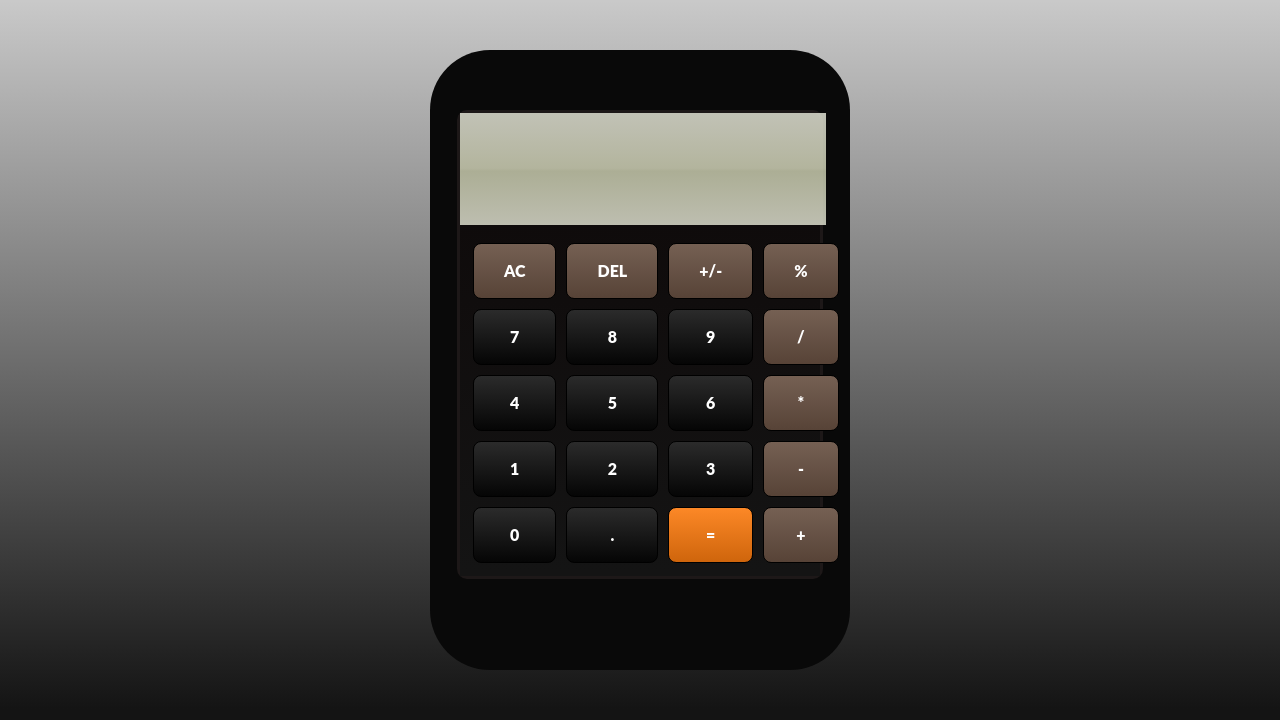
Repository: MhlengiNgubane/BrainnestJsTwo
Page: index.html
The author's editor kept a copy of each file at every save. The page is drawn from the files as they stood at one save, then again after the next save.
The browser window is 1280 px wide. The pictures show the whole page.

Above is the page before, as saved 2022-09-12 08:54:16.

### index.html
<!DOCTYPE html>
<html lang="en">
<head>
    <meta charset="UTF-8">
    <meta http-equiv="X-UA-Compatible" content="IE=edge">
    <meta name="viewport" content="width=device-width, initial-scale=1.0">
    <title>CALCULATOR</title>

    <link rel="stylesheet" href="style.css">
</head>
    <body>
        <div class="wrapper">
            <div class="container">
                <input type="text" class="input" value="" disabled />
                <div class="buttons">
                    <button value="AC" class="brown clear">AC</button>
                    <button value="DEL" class="brown delete">DEL</button>
                    <button value="+/-" class="brown plusMinus">+/-</button>
                    <button value="%" class="brown percent">%</button>

                    <button value="7" class="number">7</button>
                    <button value="8" class="number">8</button>
                    <button value="9" class="number">9</button>
                    <button value="/" class="brown operator">/</button>

                    <button value="4" class="number">4</button>
                    <button value="5" class="number">5</button>
                    <button value="6" class="number">6</button>
                    <button value="*" class="brown operator">*</button>

                    <button value="1" class="number">1</button>
                    <button value="2" class="number">2</button>
                    <button value="3" class="number">3</button>
                    <button value="-" class="brown operator">-</button>

                    <button value="0" class="zero number">0</button>
                    <button value="." class="decimal">.</button>
                    <button value="=" class="equal operator">=</button>
                    <button value="+" class="brown operator">+</button>
                </div>
            </div>
        </div>
        <script src="App.js"></script>
    </body>
</html>

### style.css
* {
    border: 0;
    margin: 0;
    padding: 0;
    font-family: 'lato';
    font-weight: 100;
}

body{
    font-family: 'Roboto';
    font-weight: 400;
    background: linear-gradient(360deg, #141414 1.56%, rgba(0, 0, 0, 0.21) 100%);
    width: 100%;
    height: 100vh;
    display: flex;
    flex-direction: column;
    align-items: center;
    justify-content: center;
}

.wrapper{
    width: 420px;
    height: 620px;
    background: #090909;
    border-radius: 60px;
}

.container{
    align-items: center;
    margin: auto;
    margin-top: 60px;
    width: 360px;
    border: 20px;
    border: 3px solid #1d1818;
    background-color: #130e0e;
    border-radius: 10px;
    margin-bottom: 60px;
}

.input{
    background: linear-gradient(360deg, #E8EAD8 0%, #D2D6B7 48.12%, #DBDEC1 50.76%, #EDEFE0 100%);
    width: 94%;
    min-height: 65px;
    padding: 0 14px;
    text-align:  end;
    font-size: 48px;
    line-height: 112px;
    display: flex;
    align-items: center;
    justify-content: end;
    color: #000000;
    opacity: 0.8;
    outline: none;
    border: none;
}

.buttons{
    display: grid;
    grid-template-columns: repeat(4, 1fr);
    row-gap: 10px;
    column-gap: 10px;
    background: linear-gradient(360deg, #141414 1.56%, rgba(0, 0, 0, 0.21) 100%);
    padding: 18px 13px 13px 13px;
}

button{
    background: linear-gradient(180deg, #2B2B2B 0%, #050505 100%);
    border: 1.04561px solid #000000;
    border-radius: 8.15575px;
    padding: 15px 30px;
    font-weight: 900;
    font-size: 16px;
    line-height: 24px;
    text-align: center;
    color: #FFFFFF;
}

.grey{
    background: linear-gradient(180deg, #7F878C 0%, #4C5154 100%);
}

.brown{
    background: linear-gradient(180deg, #756053 0%, #574337 100%);
}

.equal{
    background: linear-gradient(180deg, #FC8827 0%, #CF650C 100%);
}

@media(max-width: 430px){
    .wrapper{
        width: 100%;
        height: 100%;
        border-radius: 0;
    }

    .buttons{
        row-gap: 5px;
        column-gap: 5px;
        background: linear-gradient(360deg, #141414 1.56%, rgba(0, 0, 0, 0.21) 100%);
        padding: 18px 13px 13px 13px;
    }


}

### App.js
/* Add two numbers */
function add(firstNumber, secondNumber){
  return firstNumber + secondNumber;
}
/* subtract two numbers */
function subtract(firstNumber, secondNumber){
  return firstNumber - secondNumber;
}
/* multiply two numbers */
function multiply(firstNumber, secondNumber){
  return firstNumber * secondNumber;
}
/* divide two numbers */
function divide(firstNumber, secondNumber){
  return firstNumber / secondNumber;
}
/* Make the operations */
function operate(operator, firstNumber, secondNumber){
  if(operator === '+'){
      return add(firstNumber, secondNumber);
  }
  else if(operator === '-'){
      return subtract(firstNumber, secondNumber);
  }
  else if(operator === '*'){
      return multiply(firstNumber, secondNumber);
  }
  else if(operator === '/'){
      return divide(firstNumber, secondNumber);
  }
  return secondNumber;
}

const display = document.querySelector('.input');

const calculator = {
  displayValue: '0',
  firstNumber: null,
  operator: null,
  secondNumber: false,
};

function clear() {
  calculator.displayValue = '0';
  calculator.firstNumber = null;
  calculator.operator = null;
  calculator.secondNumber = false;
}

function updateDisplay() {
  display.value = calculator.displayValue;
}

const buttons = document.querySelector('.buttons');
buttons.addEventListener('click', (e) => {
const target = e.target;

  if (!target.matches('button')) {
      return;
  }

  if (target.classList.contains('clear')) {
      clear();
      updateDisplay();
      return;
  }

  if (target.classList.contains('delete')) {
      undo();
      return;
  }

  if (target.classList.contains('plusMinus')) {
      plusMinus();
      return;
  }

  if (target.classList.contains('percent')) {
      percentage();
      return;
  }

  if (target.classList.contains('decimal')) {
      decimal(target.value);
      updateDisplay();
      return;
  }

  if (target.classList.contains('operator')) {
      calculate(target.value);
      updateDisplay();
      return;
  }

      displayNumber(target.value);
      updateDisplay();
});

function undo(){
  display.value = display.value.slice(0, -1);
  calculator.displayValue = display.value;
}

function plusMinus(){
  let displayPlusMinus = calculator.displayValue;
  if(displayPlusMinus >= 0){
      display.value = '-' + displayPlusMinus;
  }
  calculator.displayValue = display.value;
}

function percentage(){
  let displayPercent = calculator.displayValue;
  if(displayPercent != 0){
      display.value = displayPercent / 100;
  }
 calculator.displayValue = display.value;
}

function decimal(dot) {
  if (calculator.secondNumber === true) {
      calculator.displayValue = '0.'
      calculator.secondNumber = false;
      return
  }
  if (!calculator.displayValue.includes(dot)) {
      calculator.displayValue += dot;
  }
}

function displayNumber(number) {
  let displayValue = calculator.displayValue;
  const secondNumber = calculator.secondNumber;

  if (secondNumber === true) {
      calculator.displayValue = number;
      calculator.secondNumber = false;
  }
  else if(displayValue === '0'){
      calculator.displayValue = number;
  }
  else{
      calculator.displayValue = displayValue + number;
  }
}

function calculate(inputOperator) {
  const firstNumber = calculator.firstNumber;
  const displayValue = calculator.displayValue;
  const operator  = calculator.operator;

  const inputValue = parseFloat(displayValue);

  if (operator && calculator.secondNumber)  {
      calculator.operator = inputOperator;
      return;
    }

  if (firstNumber == null) {
      calculator.firstNumber = inputValue;

  } else if (operator) {
      const result = operate(operator, firstNumber, inputValue);
      calculator.displayValue = `${parseFloat(result.toFixed(6))}`;
      calculator.firstNumber = result;
  }
  calculator.secondNumber = true;
  calculator.operator = inputOperator;
  console.log(calculator);
}

After the next save:
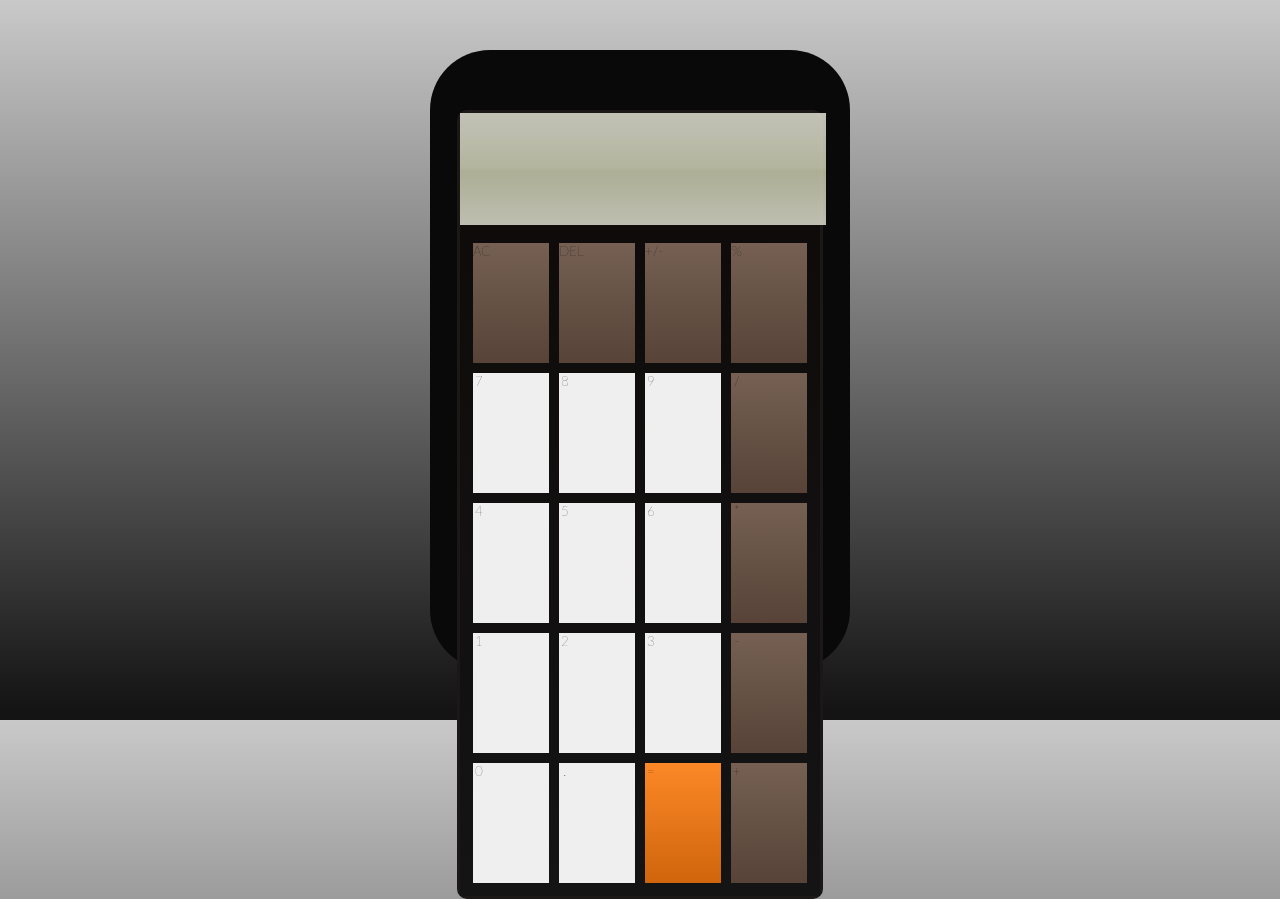
Saved 64 s later.
--- a/style.css
+++ b/style.css
@@ -64,15 +64,10 @@ body{
 }
 
 button{
-    background: linear-gradient(180deg, #2B2B2B 0%, #050505 100%);
-    border: 1.04561px solid #000000;
-    border-radius: 8.15575px;
-    padding: 15px 30px;
-    font-weight: 900;
-    font-size: 16px;
-    line-height: 24px;
-    text-align: center;
-    color: #FFFFFF;
+    display: grid;
+    grid-gap: 10px;
+    grid-template-columns: repeat(4, 1fr);
+    grid-template-rows: repeat(5, 1fr);
 }
 
 .grey{
